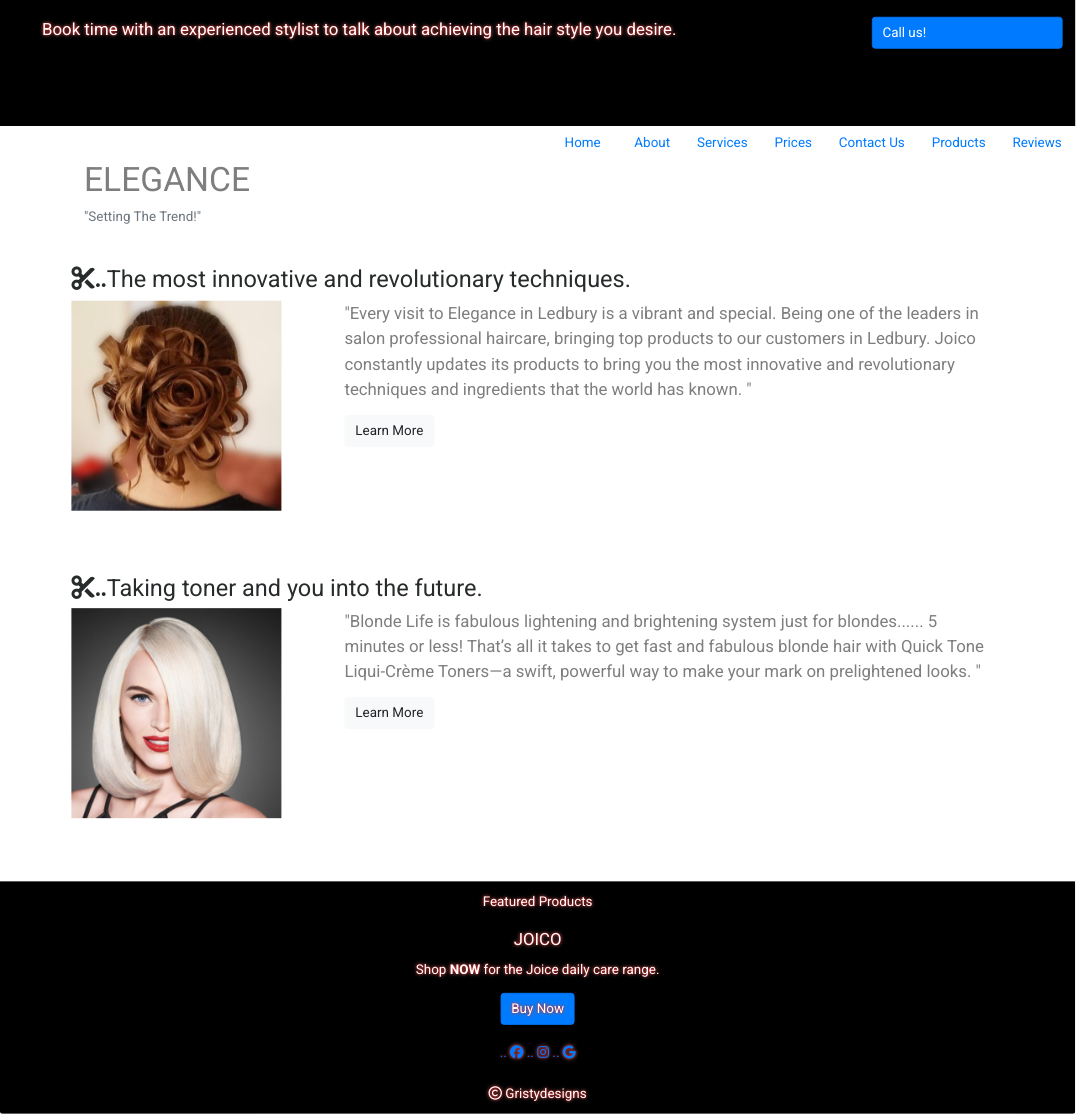
Repository: Gristydesigns/elegance-salon
Page: index.html
The author's editor kept a record of every edit. The page is drawn from the files as they stood at one moment, then again after the next edit.
The browser window is 1280 px wide. The page is 1295 px wide, so the pictures cover 1295 px, including what lies to the right of the window. The pictures show the whole page, at 84% of full size.
Some web libraries are served in a nearby version.

Above is the page before.
Console error: TypeError: Cannot read properties of undefined (reading 'fn')

### index.html
<!--Home page------------------------->
<!DOCTYPE html>
<html lang="en">
<!--Head------------------------->

<head>
    <meta charset="UTF-8">
    <meta name="viewport" content="width=device-width, initial-scale=1.0">
    <meta http-equiv="X-UA-Compatible" content="ie=edge">
    <meta name="format-detection" content="telephone=no">
    <link rel="stylesheet" href="https://stackpath.bootstrapcdn.com/bootstrap/4.3.1/css/bootstrap.min.css" integrity="sha384-ggOyR0iXCbMQv3Xipma34MD+dH/1fQ784/j6cY/iJTQUOhcWr7x9JvoRxT2MZw1T" crossorigin="anonymous">
    <script src="https://stackpath.bootstrapcdn.com/bootstrap/4.3.1/js/bootstrap.min.js" integrity="sha384-JjSmVgyd0p3pXB1rRibZUAYoIIy6OrQ6VrjIEaFf/nJGzIxFDsf4x0xIM+B07jRM" crossorigin="anonymous"></script>
    <link href="https://fonts.googleapis.com/css?family=Roboto:400,700&display=swap" rel="stylesheet">
    <script src="https://kit.fontawesome.com/d13d47f9ca.js"></script>
    <link rel="stylesheet" href="assets/css/style.css" type="text/css" />
    <title>Elegance Hair Salon Ledbury</title>
</head>
<!--End------------------------->

<body>
    <header>
        <!--callout--------------->
        <section class="container-fluid call-to-action">
            <div class="row">
                <div class="col-12 ">
                    <button class="btn-spinner-grow btn-spinner-grow-sm btn btn-primary btn-md float-right role="button" >Call us!<a href="tel:+44-1531-635-309 ">+44 (01531) 635-309</a></button>
                <p class="lead ">Book time with an experienced stylist  to talk about achieving the hair style you desire.</p>
                </div>
            </div>
        </section>
        <!--End------------------------->
        <!--Nav Bar--------------------->
        <section class="container-nav nav-bar">
            <div class="row">
                <div class=" col-12  ">
                    <div class="nav navbar-light bg-light navbar-expand-sm nav-position left >
                             <a href=" # "class="navbar-salon "></a>
                               <button class="navbar-toggler mr-auto " type="button " data-toggle="collapse " data-target="#navbarNavDropdown " aria-controls="navbarNavDropdown " aria-expanded="false " aria-label="Toggle navigation ">
                                <span class="navbar-toggler-icon "></span></button>
                                 <div class="collapse navbar-collapse " id="navbarNavDropdown ">

                                 <ul class="nav nav-pills ml-auto ">
                                  <li class="active nav-item mr-2 "><a class="nav-link Home " href="index.html ">Home</a>
                                  <li class="nav-item "><a class="nav-link About " href="about.html ">About</a>
                                  <li class="nav-item "><a class="nav-link Services " href="services.html ">Services</a>
                                  <li class="nav-item "><a class="nav-link Prices " href="prices.html ">Prices</a>
                                  <li class="nav-item "><a class="nav-link Contact us " href="contact.html ">Contact Us</a>
                                  <li class="nav-item "><a class="nav-link Products " href="products.html ">Products</a>
                                   <li class="nav-item "><a class="nav-link Reviews " href="reviews.html ">Reviews</a>
                                </ul>
                               </div>
                             </div>
                            </div>
                          </div>
                        </div>
                     </div>
        <!--logo------------------------->
        <section class="container logo ">
                <div class=" col-12 col-md-4 ">

                        <h1>ELEGANCE</h1>
                        <p class="text-muted "><medium>"Setting The Trend!"</medium></p>
                    </div>
                </div>
        </section>
<!--End------------------------->

       </header>
<!--End------------------------------>
<!--feature space---------------------->
 <section class="headliners ">
  <div class="container headliner ">
  <!--feature article 1---------------------->
    <div class="row ">
     <div class="col-12   ">
      <h3 class="text "><i class="fas fa-cut">..</i>The most innovative and revolutionary techniques. </h3>
        <div class="media ">
        <img class="wrap" src="image/pic41.jpg " class="img-fluid rounded " alt="Responsive image image of Victoria one of the stylist">
          </div>
           <blockquote class="blockquote ">
           <p> "Every visit to Elegance in Ledbury is a vibrant and special. Being one of the leaders in salon professional haircare, bringing top products to our customers in Ledbury. Joico constantly updates its products to bring you the most innovative and revolutionary techniques and ingredients that the world has known. "</p>
             <p><a class="btn btn-md btn-light " href="https://elegance-hair-salon-hair-salon.business.site ">Learn More</a></p>
              </div>
             </blockquote>
             </div>
           </div>
         </div>
       </div>
     </div>
     </div>
    </div>
 <!--feature article 2---------------------->
 <div class="container headliner ">
 <div class="row ">
   <div class="col-12 ">
     <h3 class="text "><i class="fas fa-cut">..</i>Taking toner and you into the future.</h3>
       <div class="media ">
          <img class="wrap" src="image/platinumn2.png " class="img-fluid rounded " alt="Responsive image of model who has used joico product ">
           </div>
           <blockquote class="blockquote ">
            <p>"Blonde Life is fabulous lightening and brightening system just for blondes...... 5 minutes or less! That’s all it takes to get fast and fabulous blonde hair with Quick Tone Liqui-Crème Toners—a swift, powerful way to make your mark on prelightened looks. "</p>
            <p><a class="btn btn-md btn-light " href="https://elegance-hair-salon-hair-salon.business.site">Learn More</a></p>
           </blockquote>
         </div>
        </div>
       </div>
      </div>
     </div>
    </div>
   </div>
  </section>
  <!--End------------------------->
   <!--footer---------------------->
  <footer>
   <section class="card-footer ">
     <div class="container-fluid footer ">
      Featured Products
     </div>
        <div class="card-body ">
         <h5 class="card-title ">JOICO</h5>
          <p class="card-text ">Shop <strong>NOW</strong> for the Joice daily care range.</p>
           <a href="https://my-salon.shop/?salonname=Elegance&salonlocation=Ledbury " class="btn btn-primary ">Buy Now</a>
        </div>
        <div class="card">
        <div class "row  ">
          <div class="col-12 ">
            <a href="https://www.facebook.com/EleganceLedbury/">..
            <i class="fab fa-facebook"></i></a>
            <a href="https://www.instagram.com/eleganceledbury/">..
            <i class="fab fa-instagram "></i></a>
            <a href="https://elegance-hair-salon-hair-salon.business.site">..
            <i class=" fab fa-google"></i></a>
          </div>
        </div>
      </div>
      <br/>
        <div class "row ">
          <div class="col-13 ">
            <i class="far fa-copyright " 2019 Gristydesigns ">
                        </i>
                        Gristydesigns
                    </div>
                </div>
        </section>
        </footer>
        <script src="https://stackpath.bootstrapcdn.com/bootstrap/4.3.1/js/bootstrap.min.js" integrity="sha384-JjSmVgyd0p3pXB1rRibZUAYoIIy6OrQ6VrjIEaFf/nJGzIxFDsf4x0xIM+B07jRM" crossorigin="anonymous"></script>
        <script src="https://code.jquery.com/jquery-3.3.1.slim.min.js" integrity="sha384-q8i/X+965DzO0rT7abK41JStQIAqVgRVzpbzo5smXKp4YfRvH+8abtTE1Pi6jizo" crossorigin="anonymous"></script>
        <script src="https://cdnjs.cloudflare.com/ajax/libs/popper.js/1.14.7/umd/popper.min.js" integrity="sha384-UO2eT0CpHqdSJQ6hJty5KVphtPhzWj9WO1clHTMGa3JDZwrnQq4sF86dIHNDz0W1" crossorigin="anonymous"></script>
</body>

</html>
<!--End------------------------->

### assets/css/style.css
@import url('https://fonts.googleapis.com/css?family=Roboto&display=swap 100,200,300,400,500,600,700|Exo 100,200,300,400,500,600,700');
/*---------------------------------colors */

body {
   font-family: 'Roboto', sans-serif;
   margin-left: 0;
   margin-right: 0;
  -webkit-background-size: cover;
  -moz-background-size: cover;
  -o-background-size: cover;
   background-size: cover;

}
/*---------------------------------call out */

.call-to-action {
    height:150px;
    width: 100%;
    background-color: black;
    font-size:20px;
    font-weight: 600px;
    color: #fff;
    text-align: left;
    padding-left:50px;
    padding-top: 20px;
    bottom:5px;
    text-shadow: 0 0 3px #FF0000, 0 0 5px #7e7e7e
   }

   .button {
       padding-top:5;
       padding-bottom:20px;
       padding-left: 5px;
      }
/*---------------------------------nav-container */
.navbar-collapse {
 background-color: #fff;
 padding-left:10px;
 }

/*---------------------------------Logo */
.logo {
    color:#7e7e7e;
    font-weight: 900px;
    text-shadow: 2px 2px 4px #25292A
    justify-content: left;
    padding-bottom: 30px;
    }
 /*---------------------------------headliner */
 .headliner {
     color:#272B2B;
     justify-content: center;
 }
 .blockquote {
     padding-left: 5px;
     padding-right: 5px;
     color: #7e7e7e;


 }
  /*---------------------------------feature space */
.media {
    height: 325px;
    flex: nowrap;
    width: 325px;
    text-align: right;
    float: left;
 }

.img-fluid {
    max-width: 75%;
    height: auto;
    padding-bottom: 5px;
    padding-right: 20px;
}
.media-team {
  max-width: 50%;
}
   /*---------------------------------Footer */
.card-footer {
    text-align: center;
    background-color: black
    ;
    border-top: 1px solid rgba(0,0,0,.125);
    color: #fff;
    text-shadow: 0 0 3px #FF0000, 0 0 5px #7e7e7e

}
 .card-header {
    background-color:#7e7e7e;
    color:black;
   display: -moz-inline;
}

 .prices {
 color: #7e7e7e;
 background:black;

}
 /*---------------------------------contact card */
.contact-card {
   padding-bottom: 70px;
   color:#7e7e7e

 }

.card {
    background-color: black;
    color:#7e7e7e;
    border-radius: .25rem;
    padding: 0;
}

.carousel-caption{
    color:black;
    text-shadow: 0 0 3px #FF0000, 0 0 5px #7e7e7e
}

After the next edit:
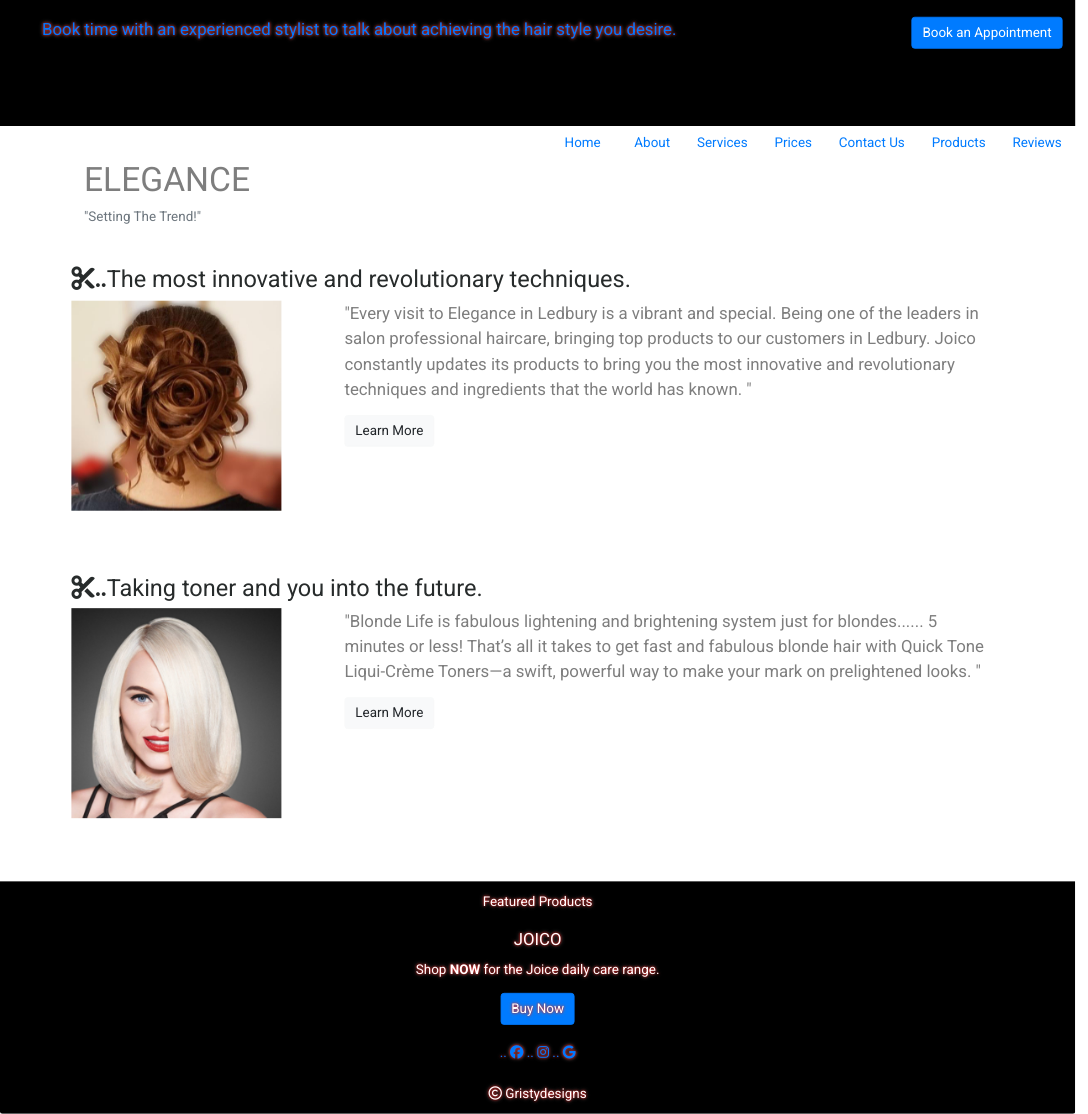
The edit:
--- a/index.html
+++ b/index.html
@@ -23,7 +23,7 @@
         <section class="container-fluid call-to-action">
             <div class="row">
                 <div class="col-12 ">
-                    <button class="btn-spinner-grow btn-spinner-grow-sm btn btn-primary btn-md float-right role="button" >Call us!<a href="tel:+44-1531-635-309 ">+44 (01531) 635-309</a></button>
+                    <button class="btn-spinner-grow btn-spinner-grow-sm btn btn-primary btn-md float-right role="button" >Book an Appointment<a href=""https://elegance-hair-salon-hair-salon.business.site/</a></button>
                 <p class="lead ">Book time with an experienced stylist  to talk about achieving the hair style you desire.</p>
                 </div>
             </div>
